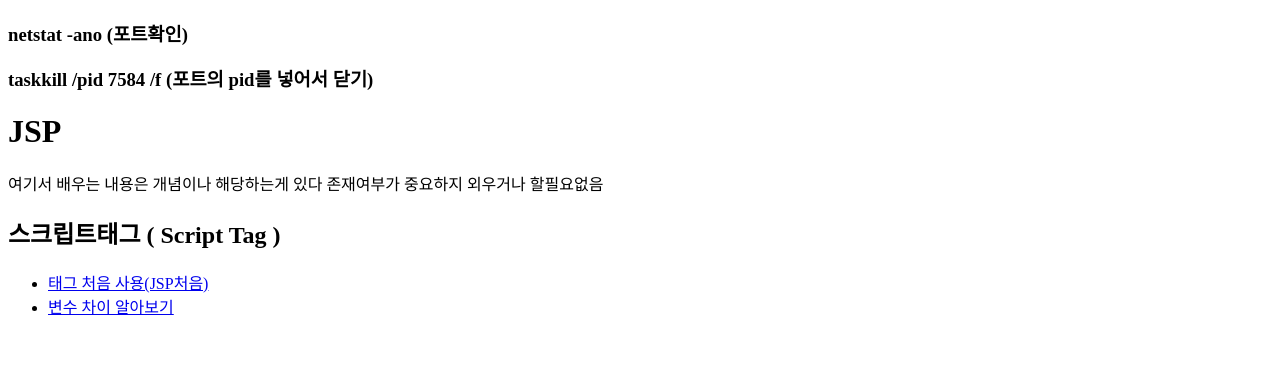
Repository: joeunpyeong/javaA
Page: 03.Tag/src/main/webapp/index.html
These files come from the project's save history. The page is drawn as it stood at one moment and after the next save; the edit follows.
The browser window is 1280 px wide. The pictures show the whole page.

Above is the page before, as saved 2023-05-19 01:43:46.

### 03.Tag/src/main/webapp/index.html
<!DOCTYPE html>
<html>
<head>
<meta charset="UTF-8">
<title>Insert title here</title>
</head>
<body>
	<h3>netstat -ano (포트확인)</h3>
	<h3>taskkill /pid 7584 /f (포트의 pid를 넣어서 닫기)</h3>

	<h1> JSP </h1>
	<p>여기서 배우는 내용은 개념이나 해당하는게 있다 존재여부가 중요하지 외우거나 할필요없음</p>
	<h2> 스크립트태그 ( Script Tag )</h2>

	<ul>
		<li><a href="01.Script/Ex00Into.jsp">태그 처음 사용(JSP처음)</a> </li>
		<li><a href="01.Script/Ex01Var.jsp">변수 차이 알아보기</a> </li>
	</ul>


</body>
</html>

After the next save:
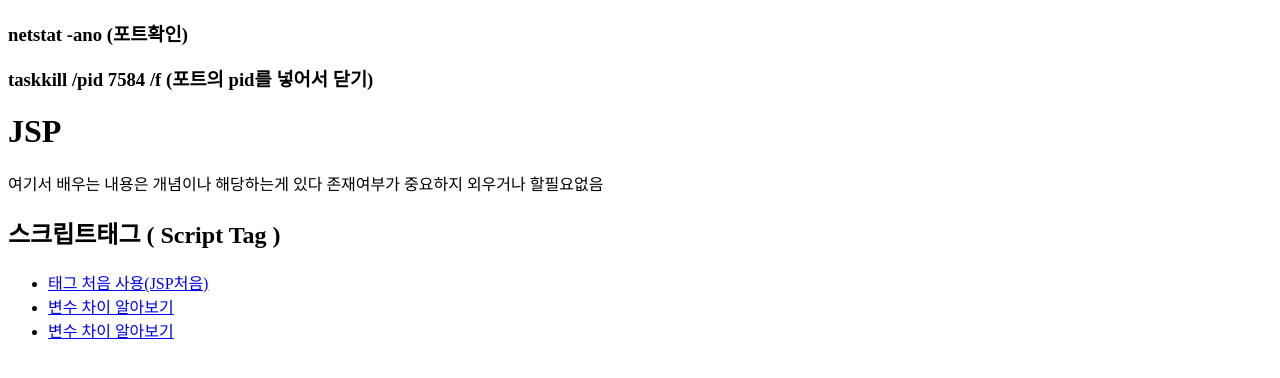
Saved 66 s later.
--- a/03.Tag/src/main/webapp/index.html
+++ b/03.Tag/src/main/webapp/index.html
@@ -15,6 +15,7 @@
 	<ul>
 		<li><a href="01.Script/Ex00Into.jsp">태그 처음 사용(JSP처음)</a> </li>
 		<li><a href="01.Script/Ex01Var.jsp">변수 차이 알아보기</a> </li>
+		<li><a href="01.Script/Ex02If.jsp">변수 차이 알아보기</a> </li>
 	</ul>
 
 
